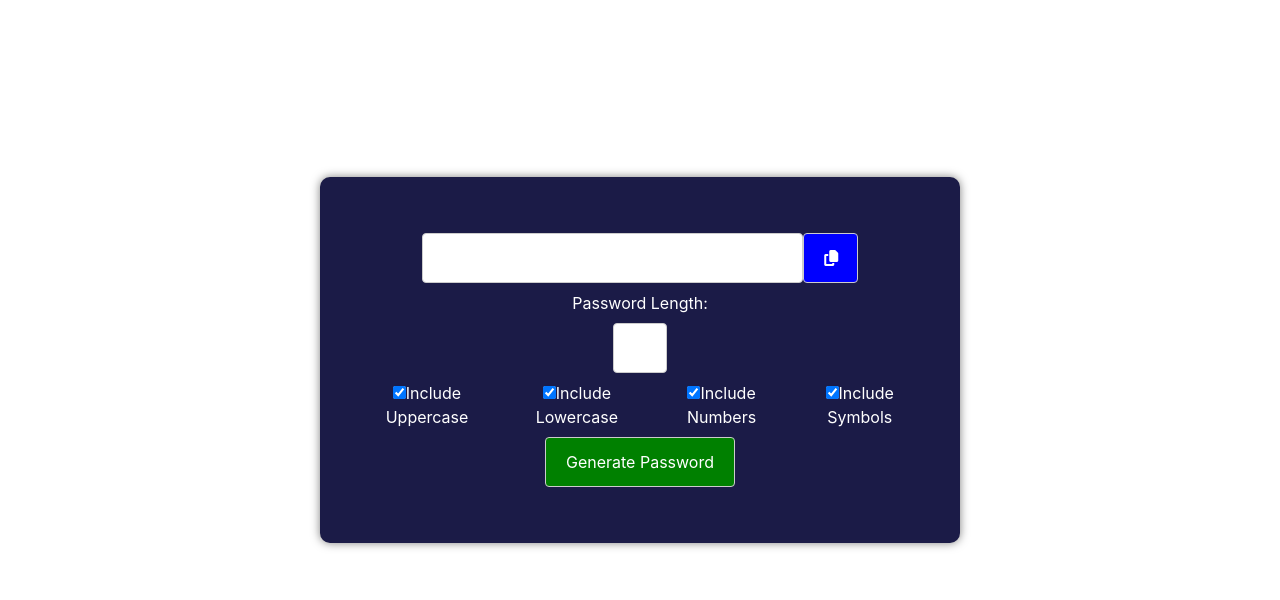
Repository: sriram1224/Password-generator
Page: / (app in password-generator/)
The author's editor kept a copy of each file at every save. The page is drawn from the files as they stood at one save, then again after the next save.
The browser window is 1280 px wide. The pictures show the whole page.
Some web libraries are served in a nearby version. The project was rebuilt for these pictures with package versions that can differ from the ones it lists, and the page was loaded fresh each time.

Above is the page before, as saved 2024-03-10 21:55:19.

After the next save:
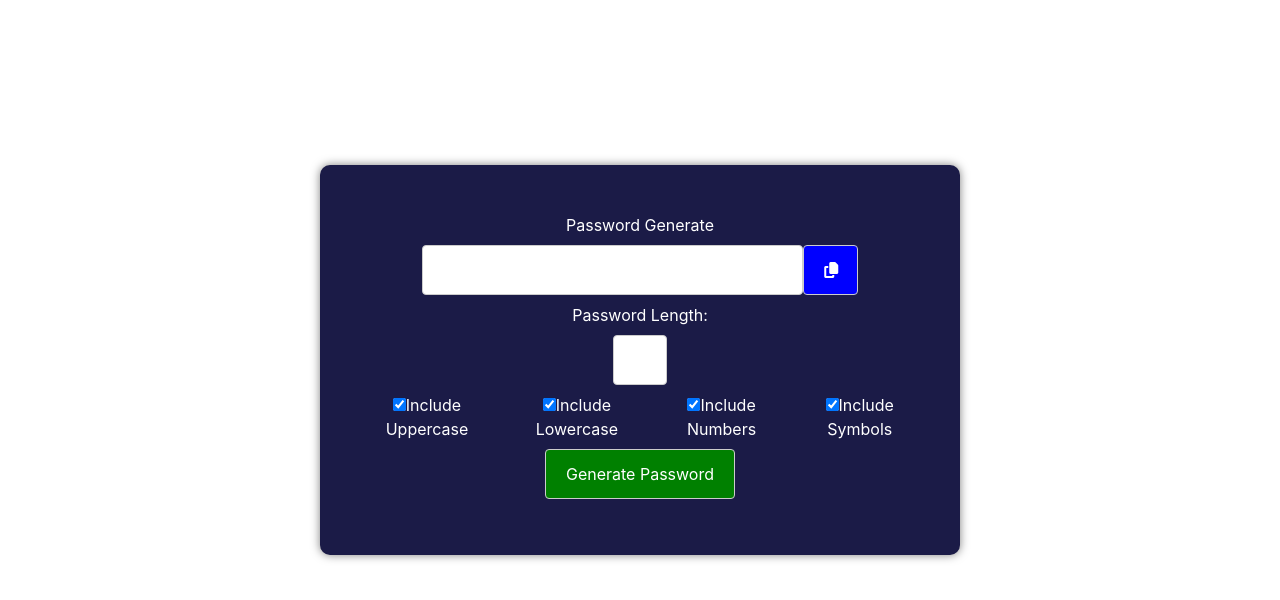
Saved 63 s later.
--- a/password-generator/src/Components/content.js
+++ b/password-generator/src/Components/content.js
@@ -44,7 +44,7 @@ const PasswordGenerator = () => {
   return (
     <div class="main">
 
-
+      <h1>Password Generate</h1>
       <div>
         <input type="text" readOnly value={password} class="text-input"	 />
         <button onClick={copyToClipboard} class="copy"><i class="fa-solid fa-copy"></i></button>
